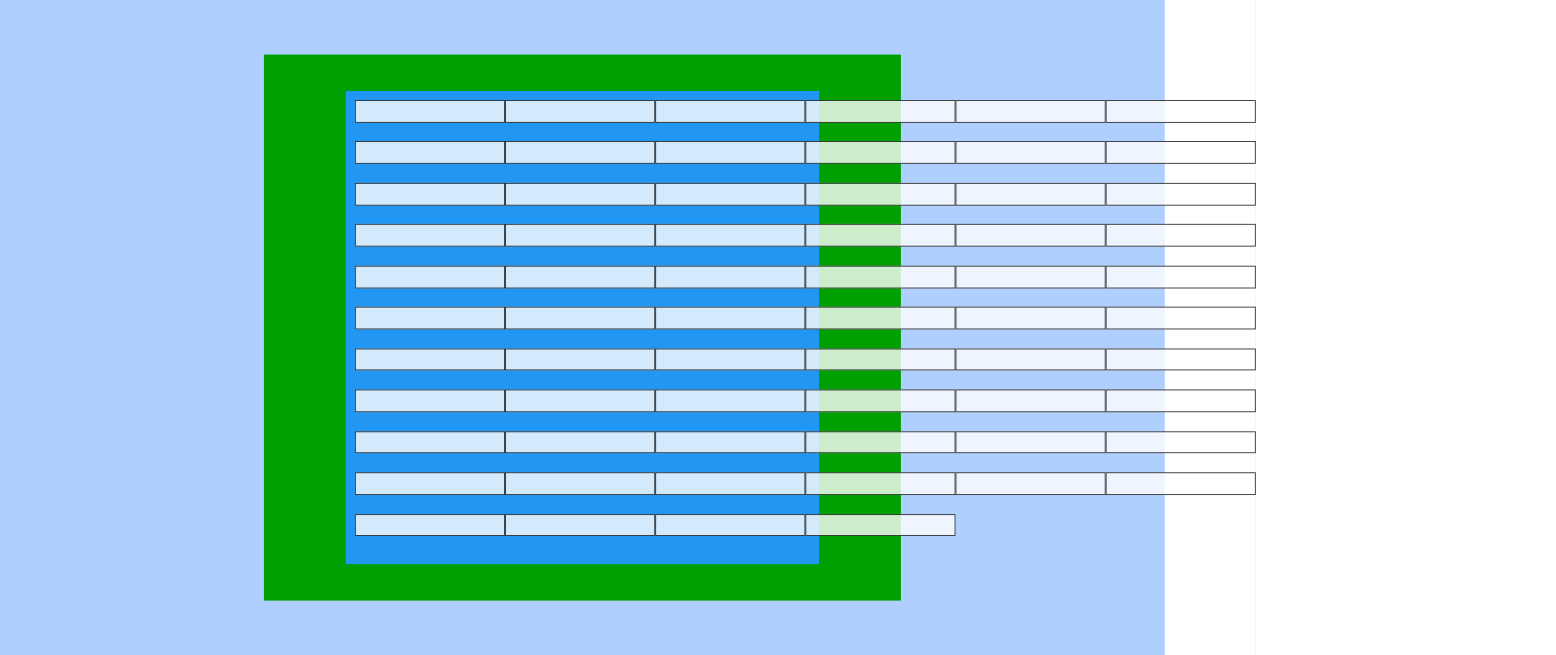
Repository: eliaoucohen72/react-reversi
Page: /
These files come from the project's save history. The page is drawn as it stood at one moment and after the next save; the edit follows.
The browser window is 1280 px wide. The page is 1380 px wide, then 1710 px, so the pictures cover 1710 px, including what lies to the right of the window. The pictures show the whole page, at 91% of full size.
The project was rebuilt for these pictures with package versions that can differ from the ones it lists, and the page was loaded fresh each time. Also part of the build but not shown: vite.config.ts.

Above is the page before, as saved 2024-08-26 12:49:35.

After the next save:
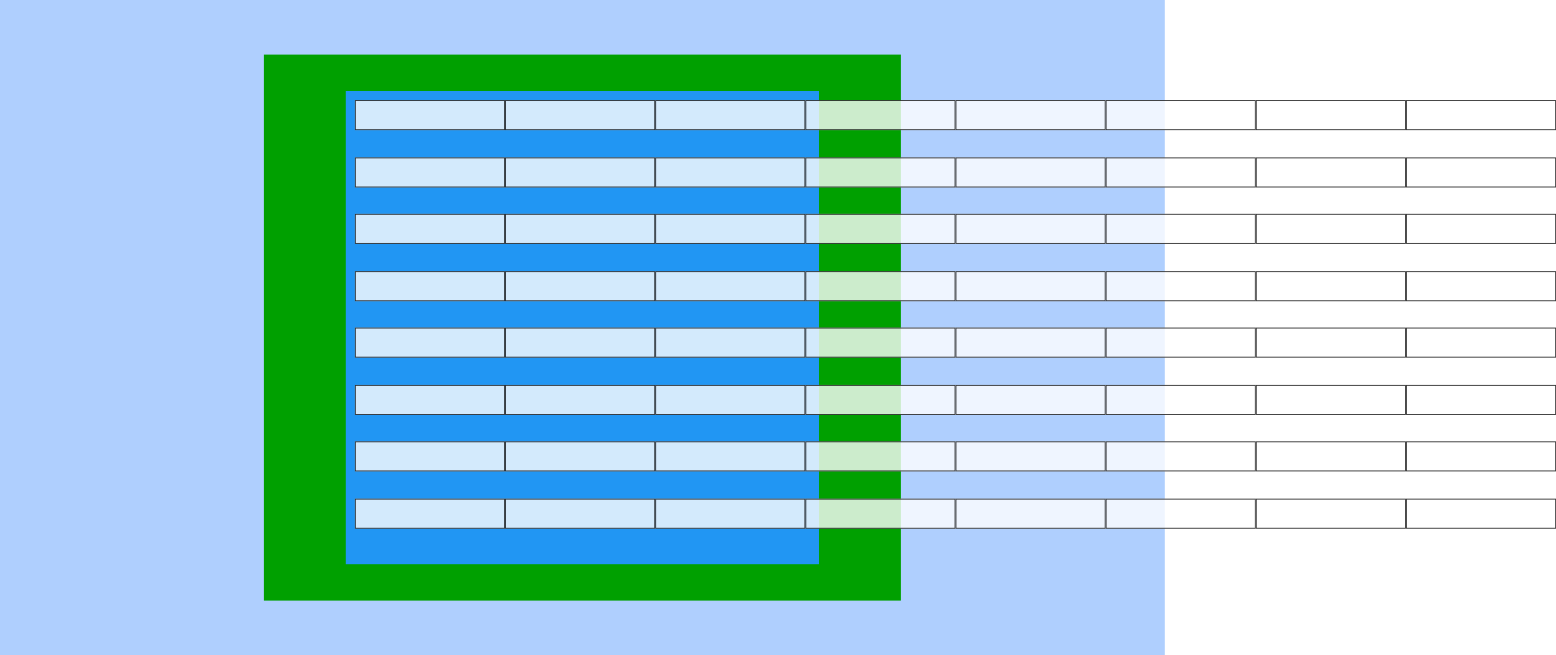
Saved 5 s later.
--- a/src/App.css
+++ b/src/App.css
@@ -1,6 +1,6 @@
 .grid-container {
   display: grid;
-  grid-template-columns: 33% 33% 33% 33% 33% 33%;
+  grid-template-columns: 33% 33% 33% 33% 33% 33% 33% 33%;
   background-color: #2196f3;
   padding: 10px;
   width: 500px;
